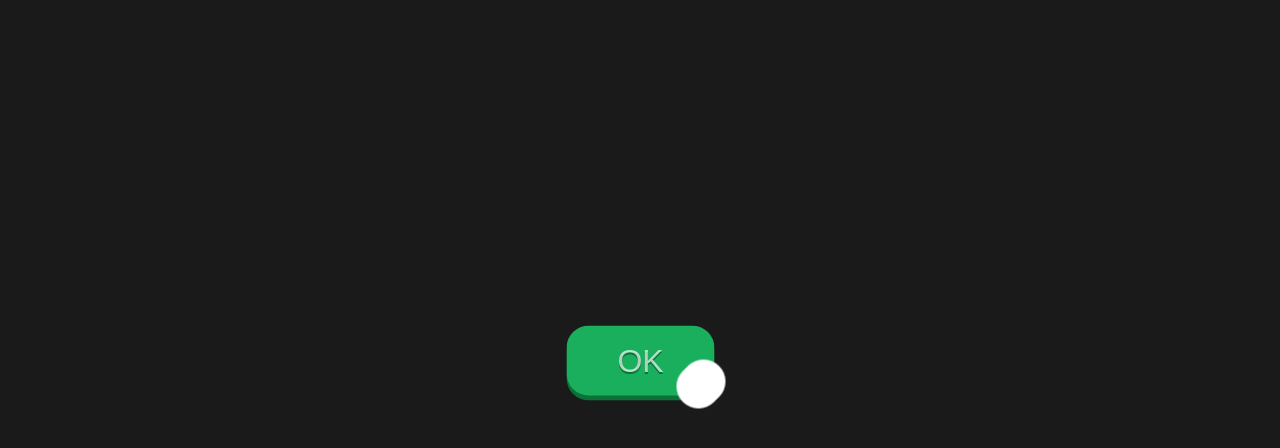
Repository: Folody-Team/Bubble-Button
Page: index.html
An editor plug-in stored every save of this project. The page is shown before and after the next save, followed by the edit.
The browser window is 1280 px wide. The pictures show the whole page.

Above is the page before, as saved 2022-01-18 10:41:42.

After the next save:
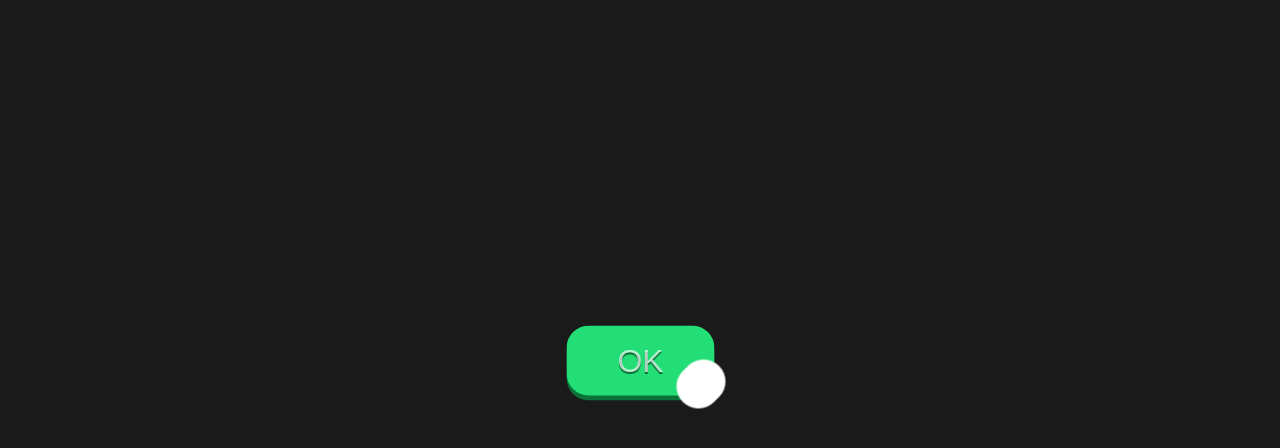
Saved 17 s later.
--- a/style.css
+++ b/style.css
@@ -67,7 +67,7 @@
 }
 
 .ok-btn {
-  background: #1aaf5d;
+  background: #23dd77;
   border-radius: 0.7em;
   box-shadow: 0 5px 0 #0a7237;
   color: rgba(255, 255, 255, 0.679);

After the save that followed:
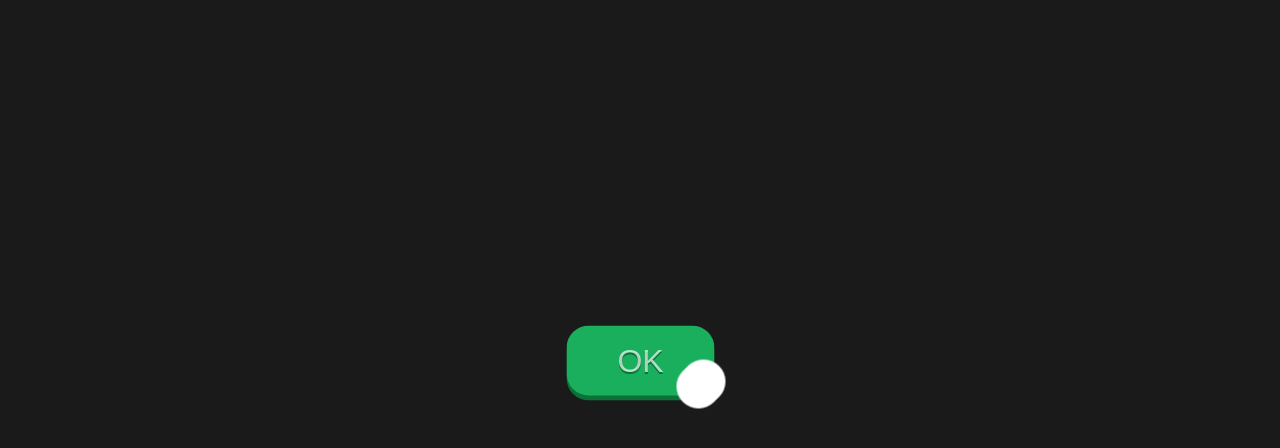
Saved 10 s later.
--- a/style.css
+++ b/style.css
@@ -67,7 +67,7 @@
 }
 
 .ok-btn {
-  background: #23dd77;
+  background: #1aaf5d;
   border-radius: 0.7em;
   box-shadow: 0 5px 0 #0a7237;
   color: rgba(255, 255, 255, 0.679);
